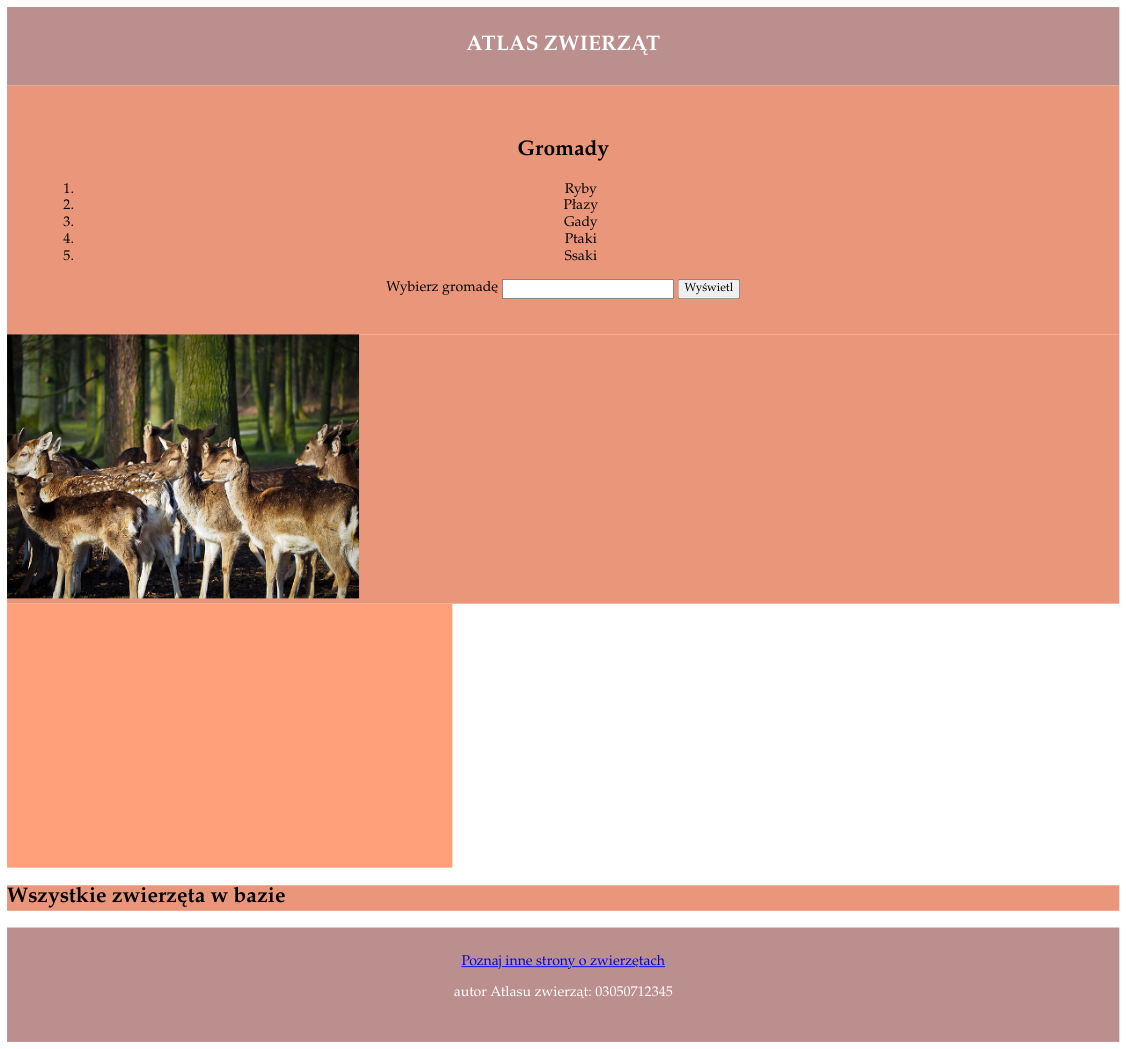
Repository: Lenerystia/HTML
Page: Zad.egz_3/index.html
An editor plug-in stored every save of this project. The page is shown before and after the next save, followed by the edit.
The browser window is 1280 px wide. The pictures show the whole page, at 88% of full size.

Above is the page before, as saved 2021-12-22 13:50:48.

### Zad.egz_3/index.html
<!DOCTYPE html>
<head>
    <meta http-equiv="content-type" type="text/html" charset="UTF-8">
    <title>Dane o zwierzętach</title>
    <link rel="stylesheet" href="styl3.css">
</head>
<body>
    <section class="baner">
        <h1>ATLAS ZWIERZĄT</h1>
    </section>
    <section class="formularz">
        <h2>Gromady</h2>
        <ol>
            <li>Ryby</li>
            <li>Płazy</li>
            <li>Gady</li>
            <li>Ptaki</li>
            <li>Ssaki</li>
        </ol>
        <form action="http://www.przykładowastrona.com" method="post">Wybierz gromadę
            <input type="number" name="Wybierz gromadę" id="gromada">
            <input type="submit" value="Wyświetl">
        </form>
    </section>
    <section class="glownyLewy">
        <img src="zwierzeta.jpg" alt="dzikie zwierzęta">
    </section>
    <section class="glownySrodkowy">

    </section>
    <section class="glownyPrawy">
        <h2>Wszystkie zwierzęta w bazie</h2>
    </section>
    <section class="stopka">
        <a href="atlas-zwierzat.pl" target="_blank">Poznaj inne strony o zwierzętach</a>
        <p>autor Atlasu zwierząt: 03050712345</p>
    </section>
</body>
</html>

### Zad.egz_3/styl3.css
*{
    font-family: Garamond;
}
.baner{
    background-color: rosybrown;
    color: white;
    text-align: center;
    padding: 10px;
}
.formularz{
    background-color: darksalmon;
    text-align: center;
    padding: 40px;
}
.glownyLewy, .glownyPrawy{
    background-color: darksalmon;
}
.glownySrodkowy{
    background-color: lightsalmon;
    height: 300px;
    width: 40%;
}
.stopka{
    background-color: rosybrown;
    color: white;
    text-align: center;
    padding: 30px;
}

After the next save:
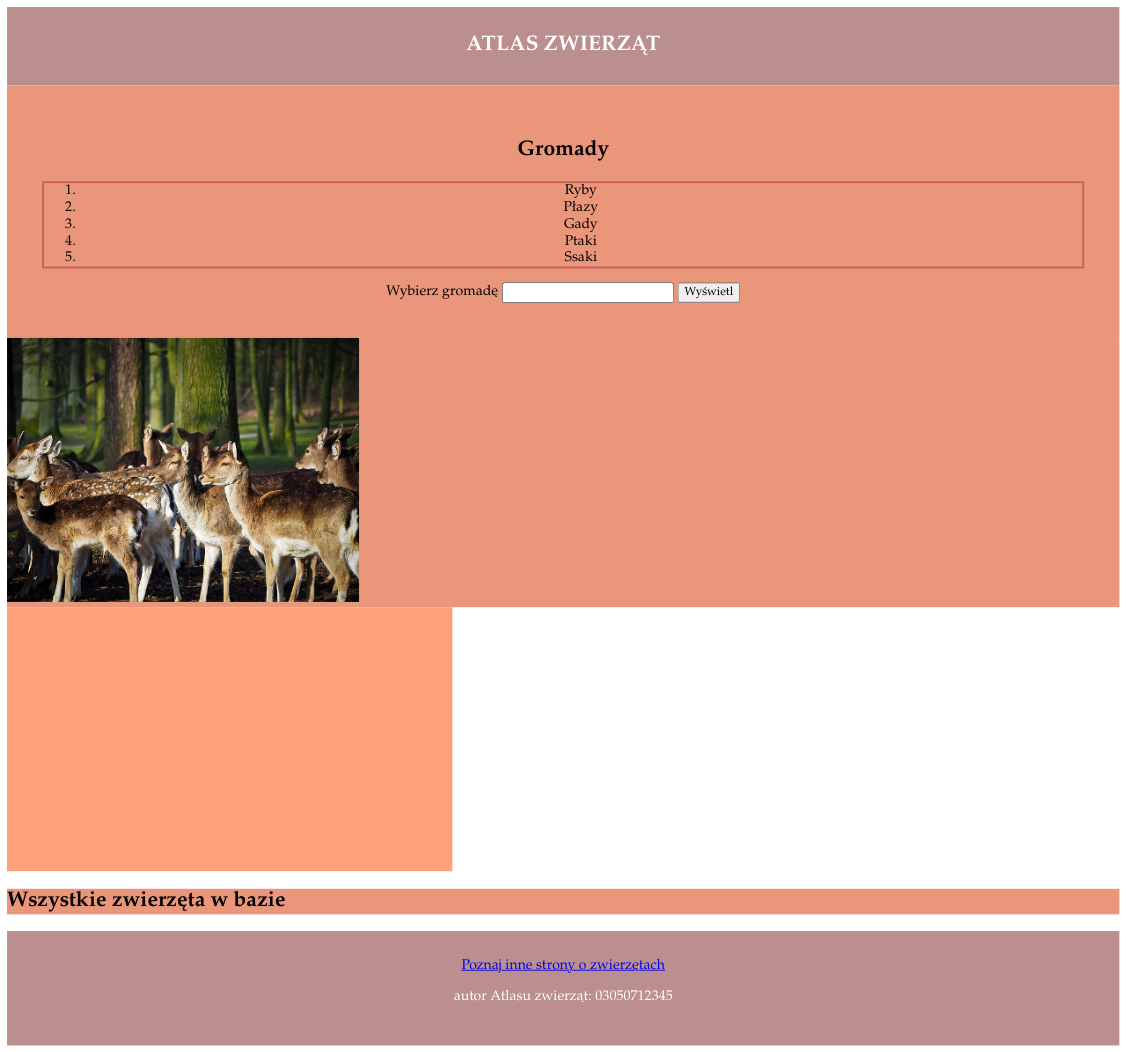
Saved 46 s later.
--- a/Zad.egz_3/styl3.css
+++ b/Zad.egz_3/styl3.css
@@ -26,3 +26,6 @@
     text-align: center;
     padding: 30px;
 }
+ol{
+    border: 2px solid rgb(205, 92, 92);
+}
